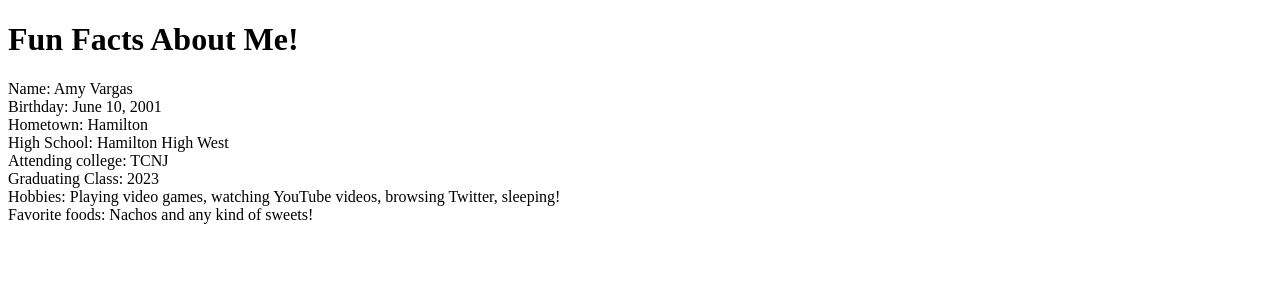
Repository: A-Vargas-GP/imm_my_website
Page: personal_site/personal_facts.html
The author's editor kept a record of every edit. The page is drawn from the files as they stood at one moment, then again after the next edit.
The browser window is 1280 px wide. The pictures show the whole page.

Above is the page before.

After the next edit:
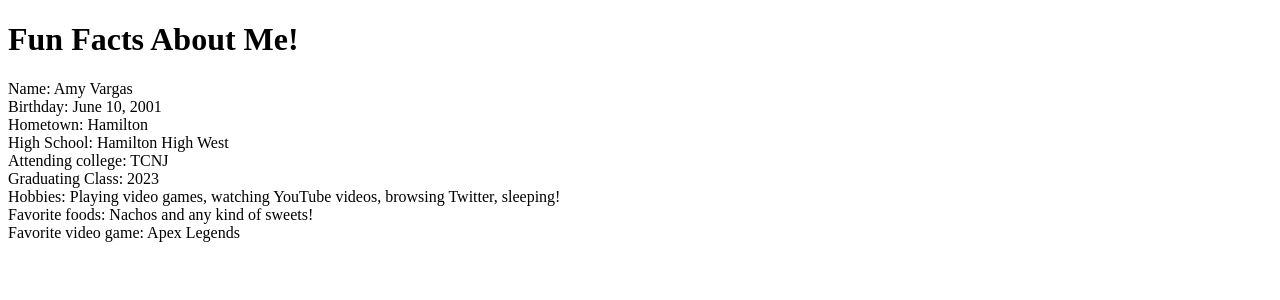
The edit:
--- a/personal_site/personal_facts.html
+++ b/personal_site/personal_facts.html
@@ -24,7 +24,7 @@
         </br>
         Favorite foods: Nachos and any kind of sweets!
         </br>
-
+        Favorite video game: Apex Legends
         </br>
 
 
